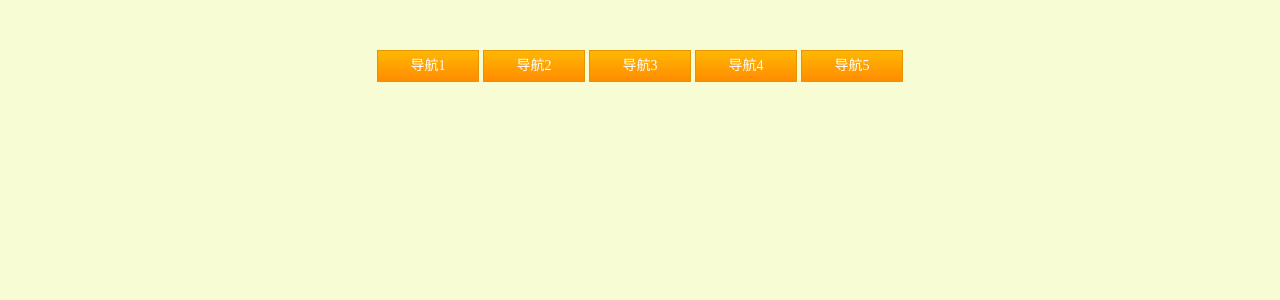
Repository: KaibutsuSama/CodePracticeExample
Page: Html5+Css3/Css3/02.背景属性/06.按钮例子.html
An editor plug-in stored every save of this project. The page is shown before and after the next save, followed by the edit.
The browser window is 1280 px wide. The pictures show the whole page.

Above is the page before, as saved 2023-01-29 22:05:29.

After the next save:
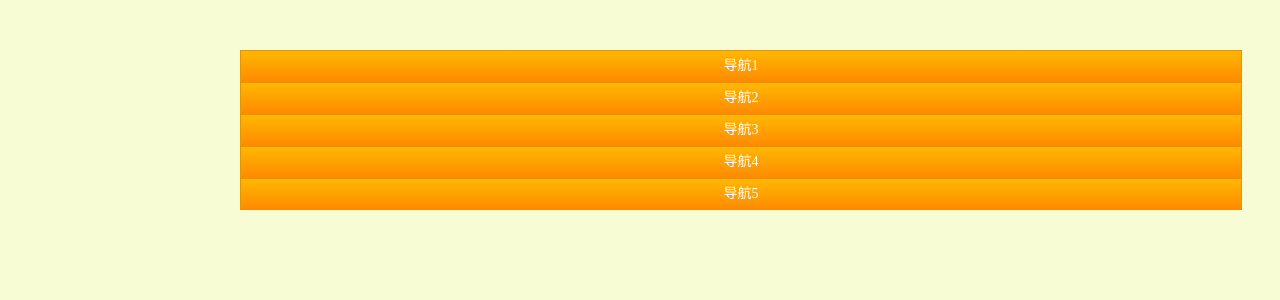
Saved 92 s later.
--- a/Html5+Css3/Css3/02.背景属性/06.按钮例子.html
+++ b/Html5+Css3/Css3/02.背景属性/06.按钮例子.html
@@ -26,7 +26,7 @@
 
         .nav a{
             display: inline-block;
-            width: 100px;
+            width: 1000px;
             height: 30px;
             line-height: 30px;
             font-size: 14px;

After the 3 saves that followed:
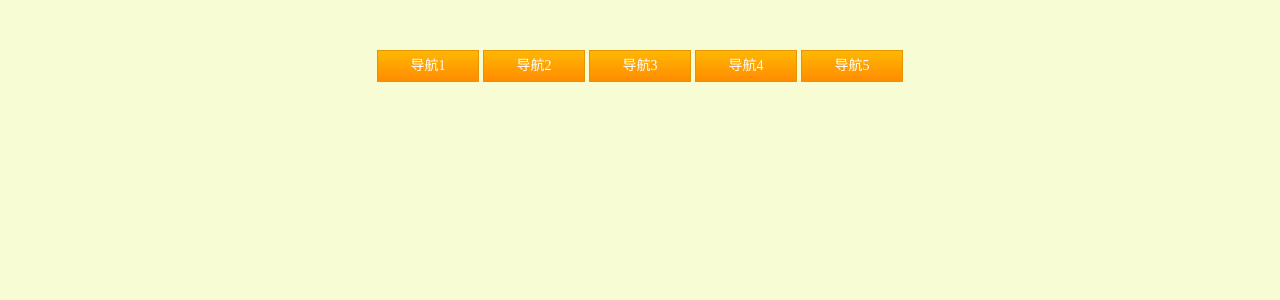
The 3 saves are shown as one change because they came seconds apart.
The last was saved 12 s later.
--- a/Html5+Css3/Css3/02.背景属性/06.按钮例子.html
+++ b/Html5+Css3/Css3/02.背景属性/06.按钮例子.html
@@ -26,7 +26,7 @@
 
         .nav a{
             display: inline-block;
-            width: 1000px;
+            width: 100px;
             height: 30px;
             line-height: 30px;
             font-size: 14px;
